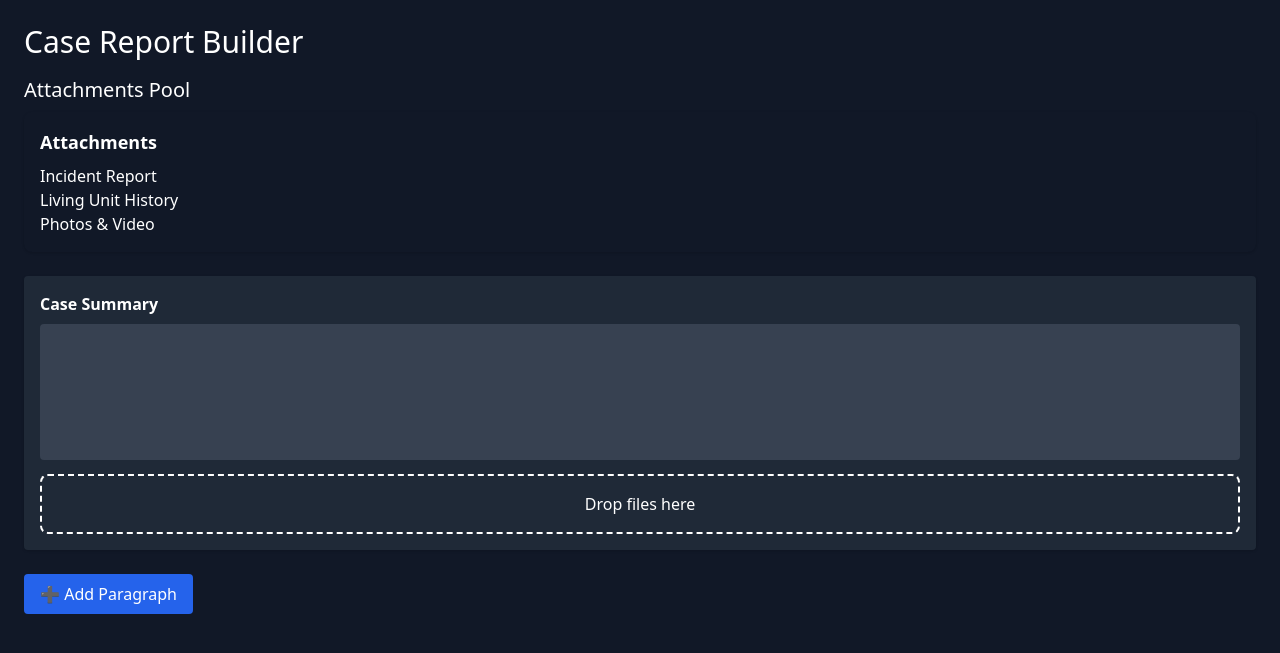
Repository: GettinLudes/CaseBuilder
Page: /
These files come from the project's save history. The page is drawn as it stood at one moment and after the next save; the edit follows.
The browser window is 1280 px wide. The pictures show the whole page.
The project was rebuilt for these pictures with package versions that can differ from the ones it lists, and the page was loaded fresh each time. Also part of the build but not shown: svelte.config.js, vite.config.js.

Above is the page before, as saved 2025-04-11 12:42:06.
Console error (its wording comes from the project's code and is left out).

### index.html
<!DOCTYPE html>
<html lang="en">
	<head>
		<meta charset="UTF-8" />
		<link rel="icon" type="image/svg+xml" href="/vite.svg" />
		<meta name="viewport" content="width=device-width, initial-scale=1.0" />
		<link
			href="https://fonts.googleapis.com/css2?family=Inter:wght@400;600;700&display=swap"
			rel="stylesheet" />
		<title>Case Builder ⛑</title>
	</head>
	<body>
		<div id="app"></div>
		<script type="module" src="/src/main.js"></script>
	</body>
</html>

### src/main.js
import './app.css';
import App from './App.svelte';

const app = new App({
	target: document.getElementById('app')
});

export default app;

### src/App.svelte
<script>
	import { onMount } from 'svelte';
	import gsap from 'gsap';
	import Sortable from 'sortablejs';

	import AttachmentPool from './components/AttachmentPool.svelte';
import AttachmentDropzone from './components/AttachmentDropzone.svelte';


	let attachments = [
	  { id: 1, name: 'Incident Report', icon: '📄' },
	  { id: 2, name: 'Living Unit History', icon: '🏠' },
	  { id: 3, name: 'Photos & Video', icon: '📷' },
	];

	let paragraphs = [
	  { id: 1, title: 'Case Summary', content: '', attachmentIds: [] }
	];

	function addParagraph() {
	  const id = paragraphs.length + 1;
	  paragraphs = [...paragraphs, { id, title: `Paragraph #${id}`, content: '', attachmentIds: [] }];
	  setTimeout(() => animateIn(id), 0);
	}

	function animateIn(id) {
	  const el = document.querySelector(`#para-${id}`);
	  if (el) {
		gsap.fromTo(el, { opacity: 0, y: 20 }, { opacity: 1, y: 0, duration: 0.4 });
	  }
	}

	onMount(() => {
	  Sortable.create(document.getElementById('attachments'), {
		group: 'shared',
		animation: 150,
		ghostClass: 'opacity-30'
	  });

	  document.querySelectorAll('.paragraph-dropzone').forEach((el) => {
		Sortable.create(el, {
		  group: 'shared',
		  animation: 150,
		  ghostClass: 'opacity-30',
		  onAdd: (evt) => {
			const paraId = parseInt(evt.to.dataset.paraId);
			const attachmentId = parseInt(evt.item.dataset.attachmentId);

			paragraphs = paragraphs.map(p => {
			  if (p.id === paraId && !p.attachmentIds.includes(attachmentId)) {
				p.attachmentIds.push(attachmentId);
			  }
			  return p;
			});
		  }
		});
	  });
	});
  </script>

  <main class="p-6 text-white bg-gray-900 min-h-screen">
	<h1 class="text-3xl mb-4">Case Report Builder</h1>

	<h2 class="text-xl mb-2">Attachments Pool</h2>
	<AttachmentPool {attachments} />

	<div id="paragraphs" class="space-y-4 mt-6">
	  {#each paragraphs as p (p.id)}
		<div id={"para-" + p.id} class="bg-gray-800 p-4 rounded shadow transition-all">
		  <h2 class="font-semibold mb-2">{p.title}</h2>
		  <textarea bind:value={p.content} class="w-full p-2 bg-gray-700 text-white rounded resize-none mb-2" rows="5"></textarea>
		  <AttachmentDropzone paraId={p.id} attached={p.attachmentIds} allAttachments={attachments} />
		</div>
	  {/each}
	</div>

	<button on:click={addParagraph} class="mt-6 px-4 py-2 bg-blue-600 hover:bg-blue-700 rounded">
	  ➕ Add Paragraph
	</button>
  </main>

### src/components/AttachmentPool.svelte
<script>
	export let attachments = [];
  </script>

  <div class="p-4 bg-accent rounded-lg shadow">
	<h2 class="text-lg font-bold mb-2">Attachments</h2>
	<ul>
	  {#each attachments as item}
		<li>{item.name}</li>
	  {/each}
	</ul>
  </div>

### src/components/AttachmentDropzone.svelte
<script>
	export let onDrop = () => {};
  </script>

  <div class="p-4 border-2 border-dashed border-white rounded-lg text-center">
	<p>Drop files here</p>
  </div>

### tailwind.config.cjs
/** @type {import('tailwindcss').Config} */
module.exports = {
	content: ['./index.html', './src/**/*.{js,svelte}'],
	theme: {
		extend: {},
	},
	plugins: [],
}

Loaded but not shown: src/app.css (common file)

After the next save:
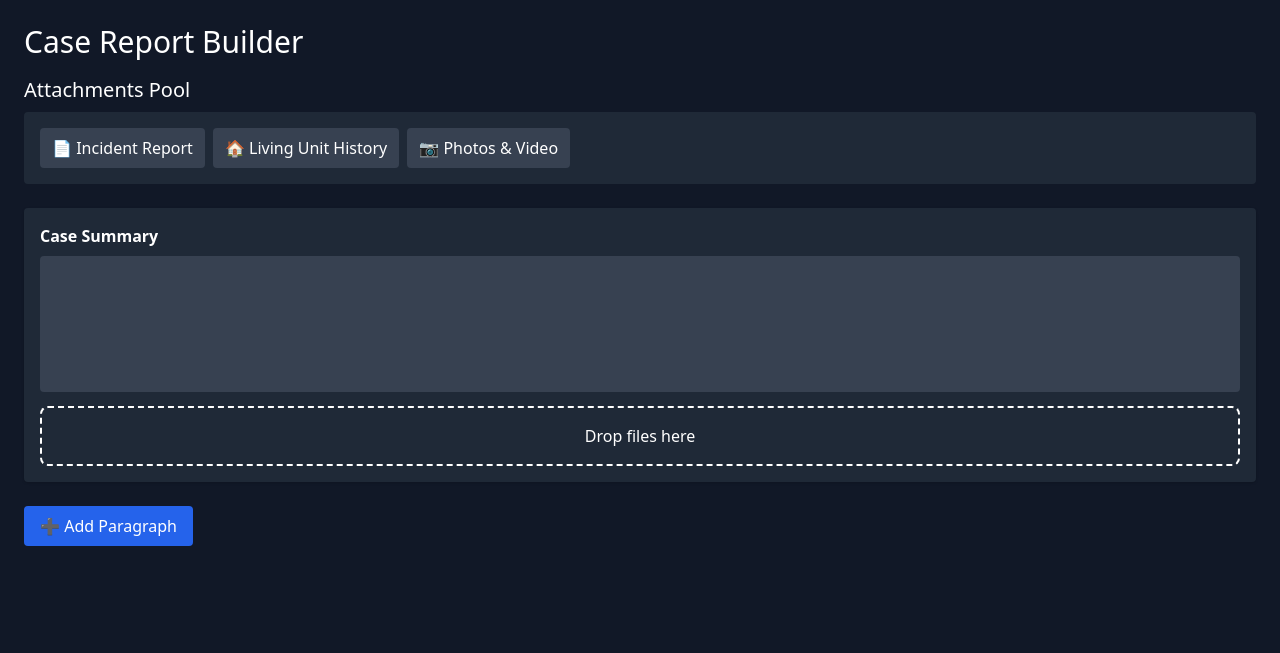
The error is gone.
Saved 2 min 13 s later.
--- a/src/components/AttachmentPool.svelte
+++ b/src/components/AttachmentPool.svelte
@@ -2,11 +2,13 @@
 	export let attachments = [];
   </script>
 
-  <div class="p-4 bg-accent rounded-lg shadow">
-	<h2 class="text-lg font-bold mb-2">Attachments</h2>
-	<ul>
-	  {#each attachments as item}
-		<li>{item.name}</li>
-	  {/each}
-	</ul>
+  <div id="attachments" class="flex flex-wrap gap-2 p-4 bg-gray-800 rounded">
+	{#each attachments as item (item.id)}
+	  <div
+		class="p-2 px-3 rounded bg-gray-700 text-white cursor-grab"
+		data-attachment-id={item.id}
+	  >
+		{item.icon} {item.name}
+	  </div>
+	{/each}
   </div>
